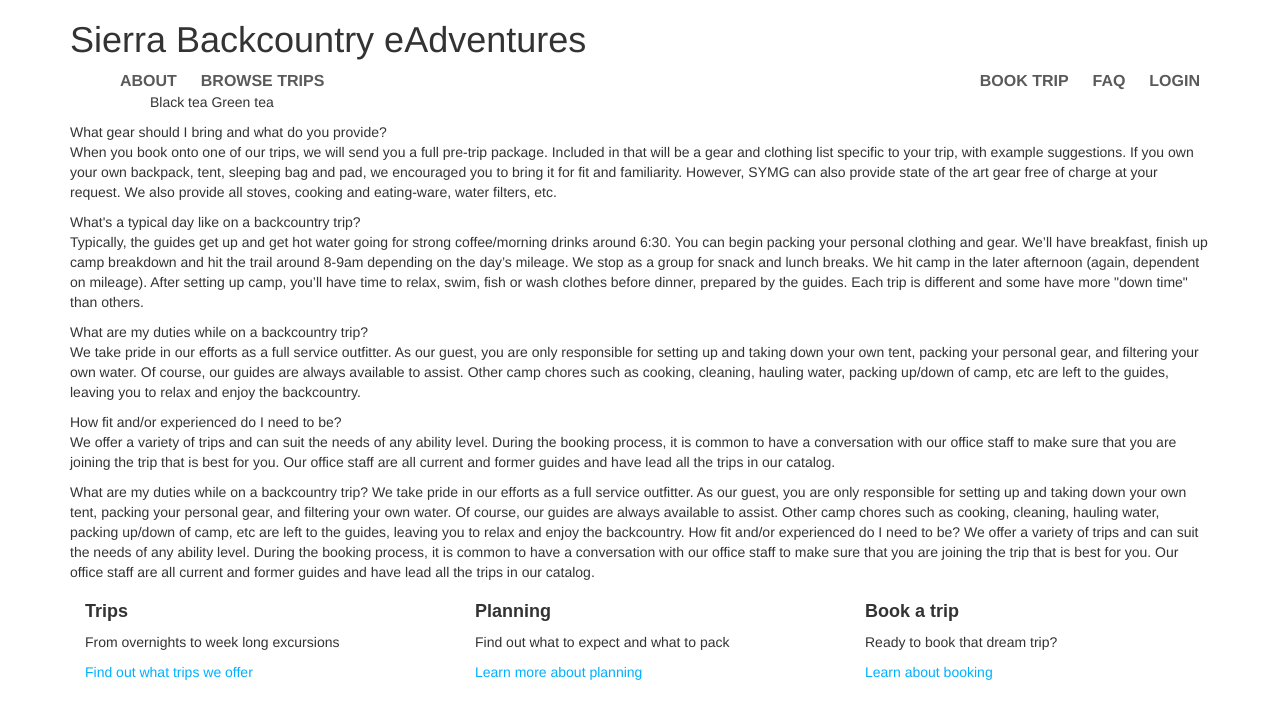
Repository: nageek17/eadventures
Page: http://localhost/support.php
The author's editor kept a record of every edit. The page is drawn from the files as they stood at one moment, then again after the next edit.
The browser window is 1280 px wide. The pictures show the whole page.
Some web libraries are served in a nearby version. The page is run by PHP 8.4 with error messages shown; the project is at /var/www/html/.

Above is the page before.
Console error (its wording comes from the project's code and is left out).

After the next edit:
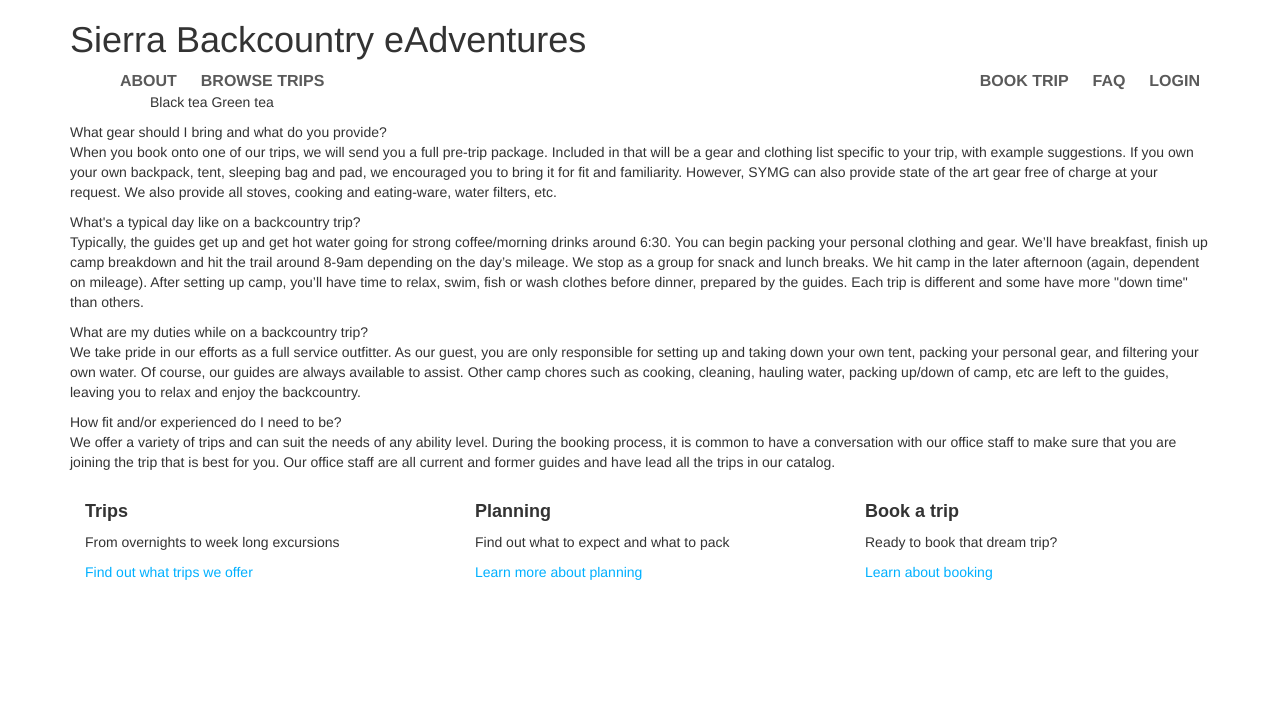
The edit:
--- a/support.php
+++ b/support.php
@@ -19,14 +19,7 @@
 
 <p>How fit and/or experienced do I need to be?</br>
 We offer a variety of trips and can suit the needs of any ability level. During the booking process, it is common to have a conversation with our office staff to make sure that you are joining the trip that is best for you. Our office staff are all current and former guides and have lead all the trips in our catalog.
-
 </p>
-
-What are my duties while on a backcountry trip?
-We take pride in our efforts as a full service outfitter. As our guest, you are only responsible for setting up and taking down your own tent, packing your personal gear, and filtering your own water. Of course, our guides are always available to assist. Other camp chores such as cooking, cleaning, hauling water, packing up/down of camp, etc are left to the guides, leaving you to relax and enjoy the backcountry.
-How fit and/or experienced do I need to be?
-We offer a variety of trips and can suit the needs of any ability level. During the booking process, it is common to have a conversation with our office staff to make sure that you are joining the trip that is best for you. Our office staff are all current and former guides and have lead all the trips in our catalog.
-
 
 <?php
     include ('footer.php');
